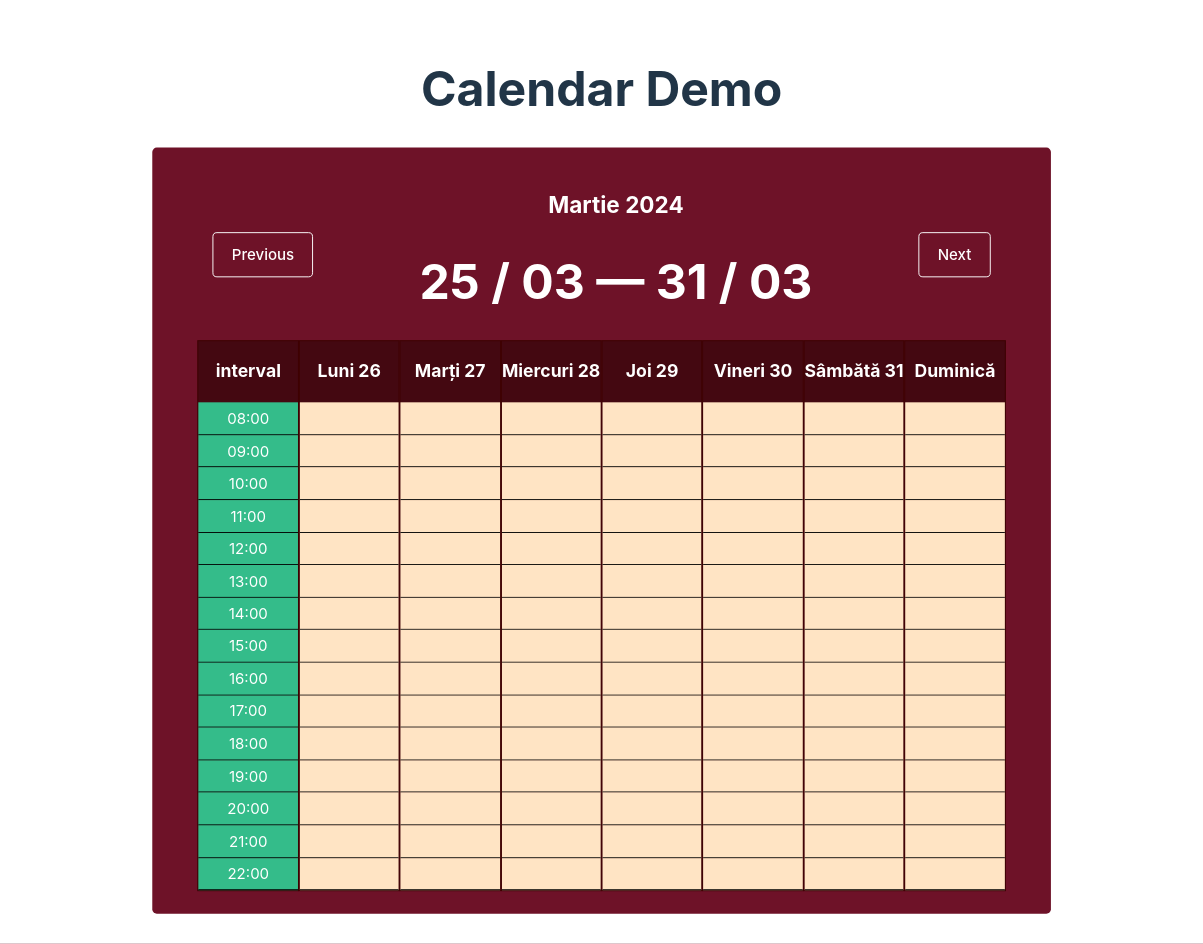
Repository: Maryie-B/weekly-calendar-scheduler
Page: /
These files come from the project's save history. The page is drawn as it stood at one moment and after the next save; the edit follows.
The browser window is 1280 px wide. The pictures show the whole page, at 94% of full size.
The project was rebuilt for these pictures with package versions that can differ from the ones it lists, and the page was loaded fresh each time. Also part of the build but not shown: vite.config.js.

Above is the page before, as saved 2024-03-26 17:57:18.

### src/App.jsx
import './App.css'
import CalendarHeader from './CalendarHeader'
import CalendarDays from './CalendarDays'
import { useState, useEffect } from 'react';

function App() {

  const [currentWeekStart, setCurrentWeekStart] = useState(() => {
    const now = new Date();
    const currentDay = now.getDay();
    const untilMonday = currentDay === 0 ? 6 : currentDay - 1;
    now.setDate(now.getDate() - untilMonday);
    return now;
});

const [currentWeekEnd, setCurrentWeekEnd] = useState(() => {
  const end = new Date(currentWeekStart);
  end.setDate(currentWeekStart.getDate() + 6);
  return end;
});

const [currentDates, setCurrentDates] = useState(() => {
  const dates = [];
  const day = new Date(currentWeekStart);
  for (let i = 0; i < 7; i++) {
    let nr = day.getDate() + i;
    dates.push(nr);
  }
  return dates;
});


useEffect(() => {
  const end = new Date(currentWeekStart);
  end.setDate(currentWeekStart.getDate() + 6);
  setCurrentWeekEnd(end);
}, [currentWeekStart]);

const handleGoToPreviousWeek = () => {
  setCurrentWeekStart((prevDate) => {
      const newDate = new Date(prevDate);
      newDate.setDate(newDate.getDate() - 7);
      return newDate;
  });
};

const handleGoToNextWeek = () => {
  setCurrentWeekStart((prevDate) => {
      const newDate = new Date(prevDate);
      newDate.setDate(newDate.getDate() + 7);
      return newDate;
  });
};

const startMonth = currentWeekStart.getMonth();
const endMonth = currentWeekEnd.getMonth();
const startYear = currentWeekStart.getFullYear();
const endYear = currentWeekEnd.getFullYear();

const monthsNames = ['Ianuarie', 'Februarie', 'Martie', 'Aprilie',
                      'Mai', 'Iunie', 'Iulie', 'August', 'Septembrie', 'Octombrie', 'Noiembrie', 'Decembrie'];

let calendarHeader = `${monthsNames[startMonth]} ${startYear}`;
if (startMonth !== endMonth || startYear !== endYear) {
  calendarHeader += ` — ${monthsNames[endMonth]} ${endYear} `
}

let weekStartMonthNumber = currentWeekStart.getMonth() + 1;
let weekEndMonthNumber = currentWeekEnd.getMonth() + 1;

weekStartMonthNumber = weekStartMonthNumber < 10 ? `0${weekStartMonthNumber}` : weekStartMonthNumber;
weekEndMonthNumber = weekEndMonthNumber < 10 ? `0${weekEndMonthNumber}` : weekEndMonthNumber;

const datesRange = `${currentWeekStart.getDate()} / ${weekStartMonthNumber} — ${currentWeekEnd.getDate()} / ${weekEndMonthNumber}`;


  return (
    <>
      <h1>Calendar Demo</h1>
      <div className='calendar-wrapper'>

        <CalendarHeader handleGoToNextWeek={handleGoToNextWeek} handleGoToPreviousWeek={handleGoToPreviousWeek} datesRange={datesRange} calendarHeader={calendarHeader} />
        <CalendarDays  currentDates={currentDates} />
      </div>
    </>
  )
}

export default App

### src/App.css
#root {
  max-width: 1280px;
  margin: 0 auto;
  padding: 2rem;
  text-align: center;
}

.calendar-wrapper {
  background-color: rgb(110, 18, 40);
  min-width: 700px;
  min-height: 400px;
  color: white;
  padding: 1.5rem 3rem;
  border-radius: 0.3rem;
}

.calendar-header {
  display: flex;
  flex-direction: row;
  align-items: center;
  justify-content: space-between;

}


.calendar-button {
  background-color: rgba(0, 0, 0, 0);
  height: 3rem;
  align-items: center;
  justify-content: center;
  border-color: white;
  border-radius: 0.3rem;
  color: white;
  font-size: 1rem;
  margin: 1rem;
}

.calendar-text {
  padding: 0rem 1rem;
}

.calendar-days-wrapper {
  display: grid;
  text-align: center;
  grid-template-columns: repeat(8, 1fr);
}

.days-header {
  background-color: rgb(68, 8, 17);
  min-height: 2rem;
  border: solid rgb(63, 2, 2) 1px;
}

.hour-intervals {
  background-color: rgb(52, 188, 138);
  padding: 0.3rem;
  border-bottom: solid black 1px;
}

.hour-intervals-empty {
  min-height: 2.1rem;
  background-color: bisque;
  border-bottom: solid black 1px;
}

### src/CalendarHeader.jsx
/* eslint-disable react/prop-types */


const CalendarHeader = ({handleGoToNextWeek, handleGoToPreviousWeek, datesRange, calendarHeader}) => {

  return (
    <div className="calendar-header">
        <button className='calendar-button' onClick={handleGoToPreviousWeek}>Previous</button>
        <div className="calendar-text">
        <h2>{calendarHeader}</h2>
        <h1>{datesRange}</h1>
        </div>
        <button className='calendar-button' onClick={handleGoToNextWeek}>Next</button>
    </div>
  )
}

export default CalendarHeader;

### src/CalendarDays.jsx
/* eslint-disable react/no-unknown-property */

const CalendarDays = ({currentDates}) => {
  const weekDays = ['interval', 'Luni', 'Marți', 'Miercuri', 'Joi', 'Vineri', 'Sâmbătă', 'Duminică']

  const hours = [];
  for (let i = 8; i <= 22; i++) {
    hours.push(i);
  }

  const handleIntervalClick = (e) => {
    console.log(e.target.getAttribute('test'), 'This interval has been clicked!');
  };

  return (
    <div className="calendar-days-wrapper">
      {weekDays.map((day, index) => {
        return (

        index === 0 ?
        <div className="days-header" key={index}>
           <h3>{day}</h3>
           {hours.map((hour, index) => {
               return (
                   <div className="hour-intervals" key={hour}>{hour < 10 ? `0${hour}:00` : `${hour}:00`}</div>
               )
           })}
        </div>
        :
        <div className="days-header" key={index}>
        <h3>{day} {currentDates[index]}</h3>
        {hours.map((hour, index) => {
            return (
                <div className="hour-intervals-empty" test={hour} key={hour} onClick={handleIntervalClick}> </div>
            )
        })}
        </div>
        )
      })}
    </div>
  )
}

export default CalendarDays

Loaded but not shown: index.html (common file); src/main.jsx (common file); src/index.css (common file)

After the next save:
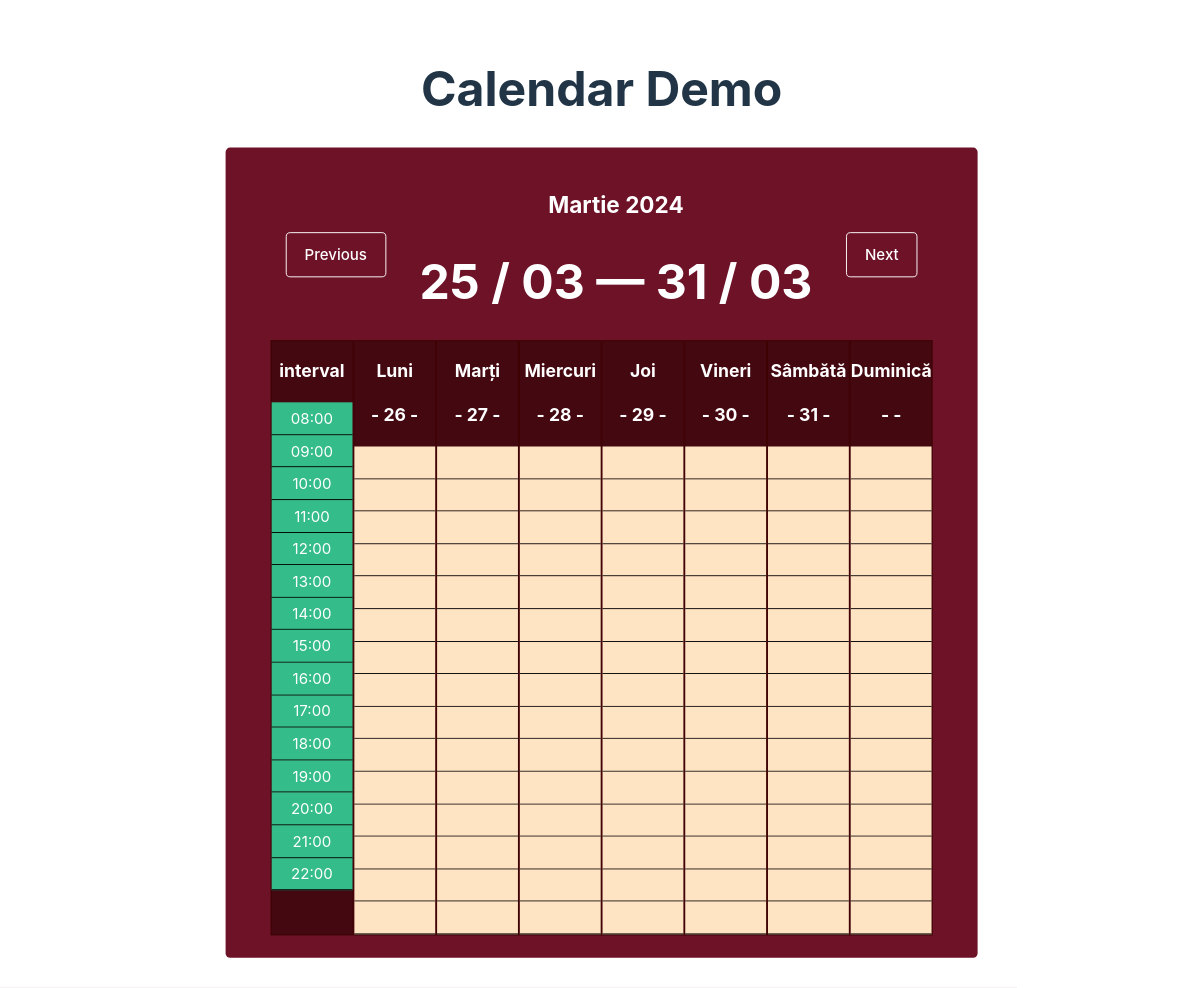
Saved 39 s later.
--- a/src/CalendarDays.jsx
+++ b/src/CalendarDays.jsx
@@ -28,7 +28,8 @@ const CalendarDays = ({currentDates}) => {
         </div>
         :
         <div className="days-header" key={index}>
-        <h3>{day} {currentDates[index]}</h3>
+        <h3>{day}</h3>
+        <h3>- {currentDates[index]} -</h3>
         {hours.map((hour, index) => {
             return (
                 <div className="hour-intervals-empty" test={hour} key={hour} onClick={handleIntervalClick}> </div>
